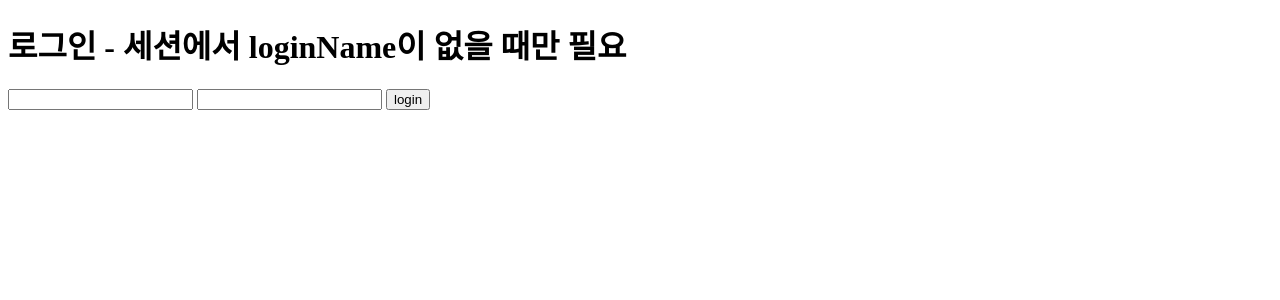
Repository: roadtofuture/woorifisa_java
Page: http://localhost/web_day3/login/loginform.jsp
An editor plug-in stored every save of this project. The page is shown before and after the next save, followed by the edit.
The browser window is 1280 px wide. The pictures show the whole page.
The page is served by Tomcat 9.

Above is the page before, as saved 2023-06-19 06:37:57.

After the next save:
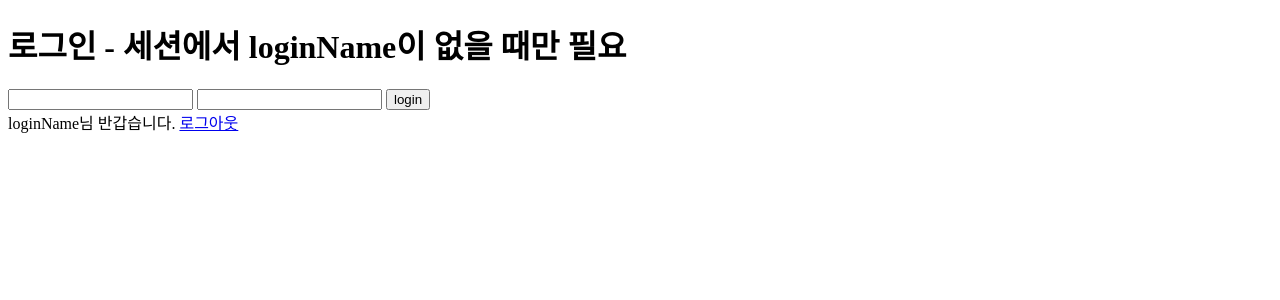
Saved 2 min 54 s later.
--- a/web_day3/src/main/webapp/login/loginform.jsp
+++ b/web_day3/src/main/webapp/login/loginform.jsp
@@ -1,6 +1,6 @@
 <%@ page language="java" contentType="text/html; charset=UTF-8"
 	pageEncoding="UTF-8"%>
-	<%@ taglib prefix="c" uri="http://java.sun.com/jsp/jstl/core"%>
+<%@ taglib prefix="c" uri="http://java.sun.com/jsp/jstl/core"%>
 <c:set var="root" value="${pageContext.servletContext.contextPath }"></c:set>
 <!DOCTYPE html>
 <html>
@@ -10,25 +10,22 @@
 </head>
 <body>
 
-	<%
-	if (session.getAttribute("loginName") == null) {
-	%>
-	<h1>로그인 - 세션에서 loginName이 없을 때만 필요</h1>
-	<form action="${root }/login" method="post"> <!-- post로 보낸다는 말 외에는 모두get방식 -->
-		<!-- loginservlet이 받음 -->
-		<!-- 보안상의 이유로 post로 -->
-		<input name="id" type="text"> <input name="password"
-			type="password"> <input type="submit" value="login">
-	</form>
-	<%
-	} else {
-	%>
-	<%=session.getAttribute("loginName")%>
-	님 반갑습니다.  <!-- 값을 출력해야 하니까 -->
-	<a href = "${root }/logout">로그아웃</a>
-	<%
-	}
-	%>
+	<c:if test="${empty loginName }">
+		<h1>로그인 - 세션에서 loginName이 없을 때만 필요</h1>
+		<form action="${root }/login" method="post">
+			<!-- post로 보낸다는 말 외에는 모두get방식 -->
+			<!-- loginservlet이 받음 -->
+			<!-- 보안상의 이유로 post로 -->
+			<input name="id" type="text">
+			<input name="password" type="password">
+			<input type="submit" value="login">
+		</form>
+	</c:if>
+	<c:if test="${empty loginName }">
+	${"loginName"}님 반갑습니다.  <!-- 값을 출력해야 하니까 -->
+		<a href="${root }/logout">로그아웃</a>
+	</c:if>
+
 
 </body>
 </html>
